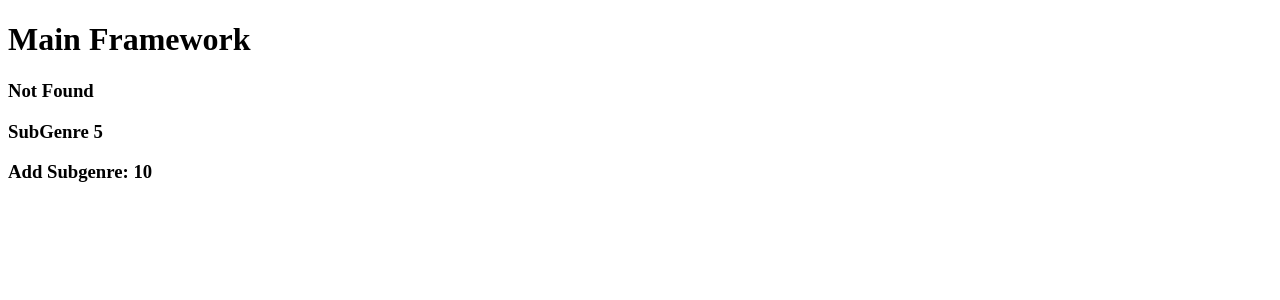
Repository: GregorPiev/angularjs-add-book
Page: index.html
These files come from the project's save history. The page is drawn as it stood at one moment and after the next save; the edit follows.
The browser window is 1280 px wide. The pictures show the whole page.

Above is the page before, as saved 2020-09-23 16:18:37.

### index.html
<!DOCTYPE html>
<html lang="en" ng-app="addBook">
	<head>
		<meta charset="UTF-8" />
		<meta name="viewport" content="width=device-width, initial-scale=1.0" />
		<title>Add Book - Test AngularJS</title>
		<base href="/" />
		<link href="node_modules/bootstrap/dist/css/bootstrap.min.css" />
	</head>
	<body>
		<main></main>

		<subgenre></subgenre>
		<add-subgenre></add-subgenre>
		<add-book></add-book>

		<script src="node_modules/angular/angular.min.js"></script>
		<script src="node_modules/angular-route/angular-route.min.js"></script>
		<script src="node_modules/angular-resource/angular-resource.min.js"></script>

		<script src="app/app.module.js"></script>
		<script src="app/app.config.js"></script>

		<script src="app/main/main.module.js"></script>
		<script src="app/main/main.component.js"></script>
		<script src="app/main/component/main.controller.js"></script>

		<script src="app/genre/genre.module.js"></script>
		<script src="app/genre/genre.component.js"></script>
		<script src="app/genre/component/genre.controller.js"></script>

		<script src="app/subgenre/subgenre.module.js"></script>
		<script src="app/subgenre/subgenre.component.js"></script>
		<script src="app/subgenre/component/subgenre.controller.js"></script>

		<script src="app/add-subgenre/add-subgenre.module.js"></script>
		<script src="app/add-subgenre/add-subgenre.component.js"></script>
		<script src="app/add-subgenre/component/add-subgenre.controller.js"></script>

		<script src="app/add-book/add-book.module.js"></script>
		<script src="app/add-book/add-book.component.js"></script>
		<script src="app/add-book/component/add-book.controller.js"></script>

		<!-- <script src="app/service/service.module.js"></script>
		<script src="app/service/service.service.js"></script> -->
	</body>
</html>

### app/app.module.js
'use strict'
angular.module('addBook', [
    'ngRoute',
    'ngResource',

    'main',
    'genre',
    'subgenre',
    'addSubgenre',
    'addBookItem'
]);

### app/app.config.js
'use strict'
angular.module('addBook')
    .config(function (
        $locationProvider,
        $routeProvider
    ) {
        console.info("Config");
        $locationProvider.html5Mode({ enabled: true });
        $routeProvider
            .when('/', {
                template: "<genre></genre>"
            })
            .when('/subgenre/:id', {
                template: '<subgenre></subgenre>'
            })
            .when('/add-subgenre/:id', {
                template: '<add-subgenre></add-subgenre>'
            })
            .when('/add-book', {
                template: '<add-book></add-book>'
            })
            .otherwise({
                template: '<h3>Not Found</h3>'
            })
    });

### app/main/main.module.js
'use strict'
angular.module('main', []);

### app/main/main.component.js
angular.module('main')
    .component('main', {
        templateUrl: '/app/main/component/main.template.html',
        controller: 'mainController',
        controllerAs: 'Main'
    })

### app/main/component/main.controller.js
'use strict'
angular.module('main')
    .controller('mainController', function ($scope) {
        $scope.title = 'Main Framework'
    })

### app/genre/genre.module.js
'use strict'
angular.module('genre', []);

### app/genre/genre.component.js
angular.module('genre')
    .component('genre', {
        templateUrl: '/app/genre/component/genre.template.html',
        controller: 'genreController',
        controllerAs: 'Genre'
    })

### app/genre/component/genre.controller.js
angular.module('genre')
    .controller('genreController', function ($scope) {
        $scope.title = 'Genre fgdfgdfgdf';
        console.log('genreController');

    })

### app/subgenre/subgenre.module.js
'use strict'
angular.module('subgenre', []);

### app/subgenre/subgenre.component.js
angular.module('subgenre')
    .component('subgenre', {
        templateUrl: '/app/subgenre/component/subgenre.template.html',
        controller: 'subgenreController'
    })

### app/subgenre/component/subgenre.controller.js
angular.module('subgenre')
    .controller('subgenreController', function ($scope, $routeParams) {
        console.log('subgenreController')
        var id = $routeParams.id | 5;
        $scope.title = `SubGenre ${id}`;
    })

### app/add-subgenre/add-subgenre.module.js
'use strict'
angular.module('addSubgenre', []);

### app/add-subgenre/add-subgenre.component.js
'use strict'
angular.module('addSubgenre')
    .component('addSubgenre', {
        templateUrl: '/app/add-subgenre/component/add-subgenre.template.html',
        controller: 'addSubgenreController'
    })

### app/add-subgenre/component/add-subgenre.controller.js
'use strict'
angular.module('addSubgenre')
    .controller('addSubgenreController', function ($scope, $routeParams) {
        console.log('addSubgenreController')
        var id = $routeParams.id | 10;
        $scope.title = `Add Subgenre: ${id}`;
    });

### app/add-book/add-book.module.js
'use strict'
angular.module('addBookItem', []);

### app/add-book/add-book.component.js
'use strict'
angular.module('addBookItem')
    .component('addBookItem', {
        templateUrl: '/app/add-book/component/add-book.template.html',
        controller: 'addBookItemController'
    });

### app/add-book/component/add-book.controller.js
'use strict'
angular.module('addBookItem')
    .controller('addBookItemController', function ($scope, $routeParams) {
        console.log('addBookItemController')
        $scope.title = 'Add Book'
    });

### app/main/component/main.template.html
<h1>{{ title }}</h1>
<div ng-view></div>

### app/subgenre/component/subgenre.template.html
<h3>{{ title }}</h3>

### app/add-subgenre/component/add-subgenre.template.html
<h3>{{ title }}</h3>

### app/add-book/component/add-book.template.html
<h3>{{ title }}</h3>

Loaded but not shown: node_modules/angular/angular.min.js (library); node_modules/angular-route/angular-route.min.js (library); node_modules/angular-resource/angular-resource.min.js (library)

After the next save:
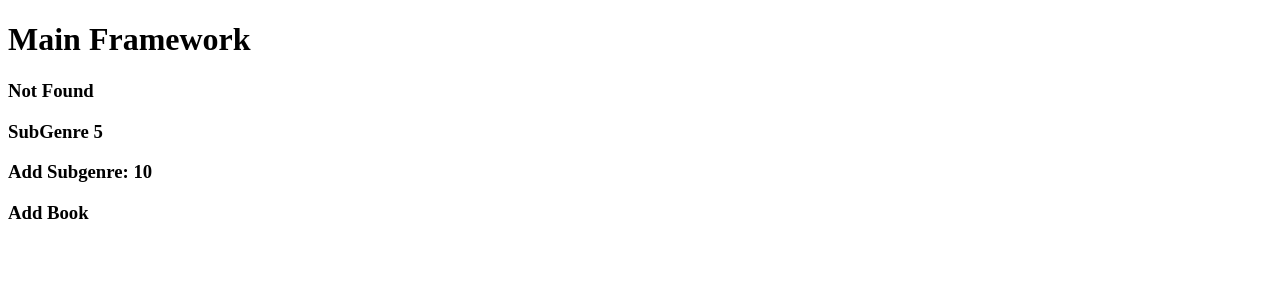
Saved 77 s later.
--- a/index.html
+++ b/index.html
@@ -12,7 +12,7 @@
 
 		<subgenre></subgenre>
 		<add-subgenre></add-subgenre>
-		<add-book></add-book>
+		<add-book-item></add-book-item>
 
 		<script src="node_modules/angular/angular.min.js"></script>
 		<script src="node_modules/angular-route/angular-route.min.js"></script>
